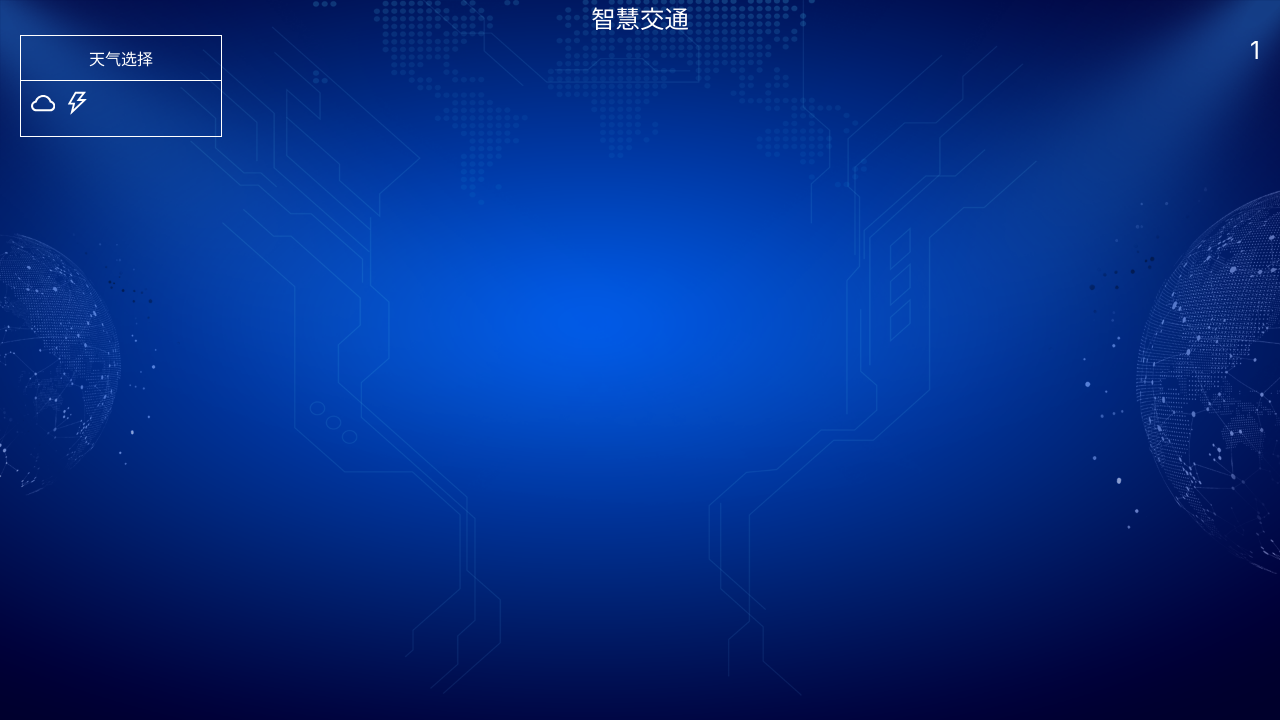
Repository: lizzie7d/smart-traffic
Page: /
The author's editor kept a copy of each file at every save. The page is drawn from the files as they stood at one save, then again after the next save.
The browser window is 1280 px wide. The pictures show the whole page.
The project was rebuilt for these pictures with package versions that can differ from the ones it lists, and the page was loaded fresh each time.

Above is the page before, as saved 2023-04-11 17:55:02.

### src/App.js
import "./App.css";
import MainPage from "./pages/main";

function App() {
  return (
    <div className="App">
      <header className="App-header"></header>
      <content className="App-content">
        <MainPage />
      </content>
    </div>
  );
}

export default App;

### src/App.css
.App {
  text-align: center;
}


.App-content {
  /* background-color: #282c34; */
  min-height: 100vh;
  display: flex;
  background-image: url(./assets/bg-image.png);
background-repeat: no-repeat;
background-size: 100%;
  flex-direction: column;
  font-size: calc(10px + 2vmin);
  color: white;
}


.App-link {
  color: #61dafb;
}

@keyframes App-logo-spin {
  from {
    transform: rotate(0deg);
  }
  to {
    transform: rotate(360deg);
  }
}

### src/pages/main.jsx
import React from 'react';
import './style.css'
import DetailSection from '../component/DetailSection/detail';
const MainPage = () => {
    return (
        <div className="main-container">
            <div className="main-title">
                智慧交通

            </div>
            <div className="main-content">
                <div>
                    <DetailSection />
                </div>
                <div>1</div>
            </div>
        </div>
    )
}
export default MainPage;

### src/pages/style.css
.main-container{

height: 100%;
width: 100%;
}

.main-content{
    padding: 0px 20px;
    display: flex;
    flex-direction: row;
    justify-content: space-between;
    gap: 10px;
}

.detail-section{
    border: 1px solid #fff;
    height: 100px;
    width: 200px;
}

.detail-title{
    font-size: 16px;
    border-bottom: 1px solid #fff;
    padding: 10px;
}

.weather-icon {
    padding: 10px;
    display: flex;
    flex-direction: row;
    gap:10px
}

### src/component/DetailSection/detail.jsx
import { CloudOutlined, ThunderboltOutlined } from "@ant-design/icons";

const DetailSection = () => {
    return (
        <div className="detail-section">
            <div className='detail-title'>天气选择</div>
            <div className="weather-icon">
                <CloudOutlined />
                <ThunderboltOutlined />
            </div>

        </div>
    )
}
export default DetailSection;

Loaded but not shown: public/index.html (common file); src/index.js (common file); src/index.css (common file); src/reportWebVitals.js (common file)

After the next save:
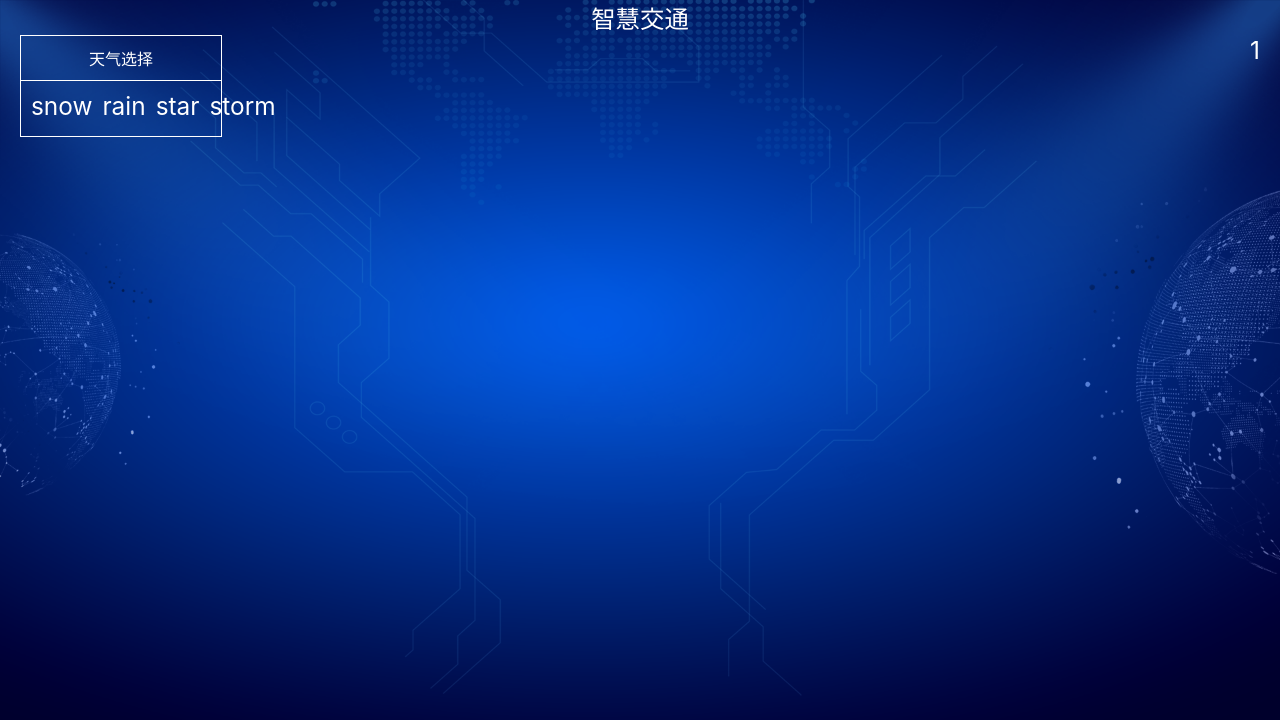
Saved 37 s later.
--- a/src/component/DetailSection/detail.jsx
+++ b/src/component/DetailSection/detail.jsx
@@ -5,8 +5,12 @@ const DetailSection = () => {
         <div className="detail-section">
             <div className='detail-title'>天气选择</div>
             <div className="weather-icon">
-                <CloudOutlined />
-                <ThunderboltOutlined />
+                {/* <CloudOutlined />
+                <ThunderboltOutlined /> */}
+                <div>snow</div>
+                <div>rain</div>
+                <div>star</div>
+                <div>storm</div>
             </div>
 
         </div>
